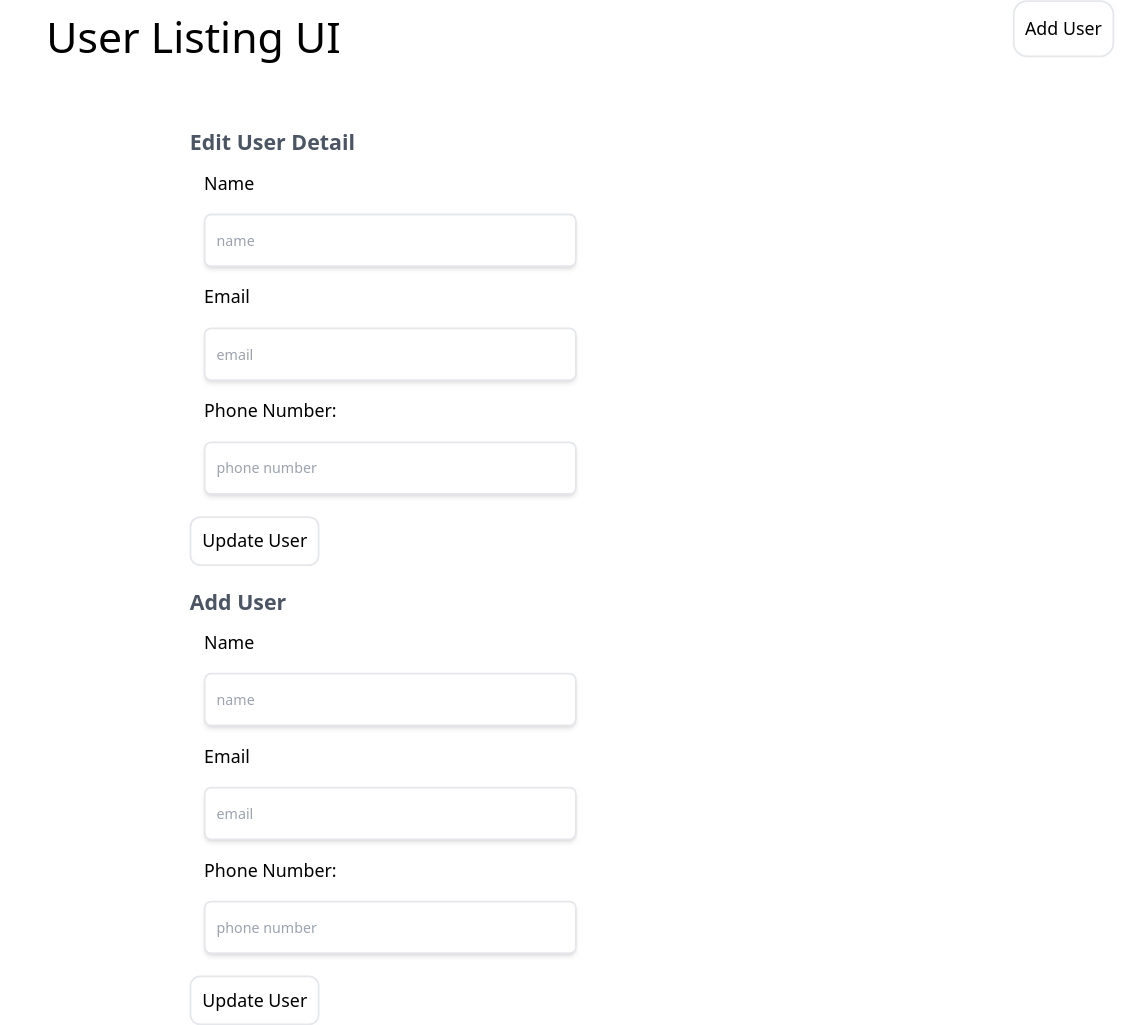
Repository: Marlstergo/listings
Page: /edit (app in client/)
The author's editor kept a copy of each file at every save. The page is drawn from the files as they stood at one save, then again after the next save.
The browser window is 1280 px wide. The pictures show the whole page, at 89% of full size.
The project was rebuilt for these pictures with package versions that can differ from the ones it lists, and the page was loaded fresh each time. Also part of the build but not shown: client/craco.config.js, client/src/components/Loader.js, client/src/components/UserRow.jsx, client/src/components/Home.js, client/src/components/Modal.js. Imported but missing from the stored project, and not drawn on this page: client/src/components/Base, client/src/components/Toppings.

Above is the page before, as saved 2021-07-21 16:16:59.

### client/src/index.js
/* eslint-disable no-unused-vars */
import React from "react";
import ReactDOM from "react-dom";
import "./index.css";
import App from "./App";
import reportWebVitals from "./reportWebVitals";
import { BrowserRouter as Router } from 'react-router-dom';
import { Provider } from "react-redux";
import { store } from "./redux/store";
import { PersistGate } from "redux-persist/integration/react";
import { persistor } from "./redux/store";

ReactDOM.render(
  <React.StrictMode>
    <Provider store={store}>
      <Router>
        <PersistGate persistor={persistor}>
          <App />
        </PersistGate>
      </Router>
    </Provider>
  </React.StrictMode>,
  document.getElementById("root")
);

// If you want to start measuring performance in your app, pass a function
// to log results (for example: reportWebVitals(console.log))
// or send to an analytics endpoint. Learn more: https://bit.ly/CRA-vitals
reportWebVitals();

### client/src/App.js
import React, { useState } from 'react';
import {BrowserRouter, Route, Switch, useLocation } from "react-router-dom";
import Header from './components/Header';
import Home from './components/Home';
import Base from './components/Base';
import Toppings from './components/Toppings';
import Order from './components/EditUser';
import Modal from './components/Modal';
import { AnimatePresence } from 'framer-motion';

function App() {
  const location = useLocation();
  const showModal = true;

  return (
    <>
      <Header />
      {/* <Modal showModal={showModal} /> */}
      <AnimatePresence exitBeforeEnter>
      <BrowserRouter>
        <Switch >
          <Route
          exact
          name="home"
          path="/">
            <Home />
          </Route>
          {/* <Route exact path="/createUpdateUser">
            <Toppings />
          </Route> */}
          <Route path="/edit"
          exact
          name="order">
            <Order />
          </Route>

        </Switch>
        </BrowserRouter>
      </AnimatePresence>

    </>
  );
}

export default App;

### client/src/redux/store.js
import { createStore, applyMiddleware } from "redux";
import { logger } from 'redux-logger';
import {persistStore} from 'redux-persist';
// import thunk from 'redux-thunk'
import createSagaMiddleware from 'redux-saga'

import rootSaga from './root-sagas'

import rootReducer from './root-reducer';

const sagaMiddleware = createSagaMiddleware()

const middleware = [sagaMiddleware];

if( process.env.NODE_ENV === 'development'){
    middleware.push(logger)
}

export const store = createStore(rootReducer, applyMiddleware(...middleware))

sagaMiddleware.run(rootSaga)

export const persistor = persistStore(store)

export default (store, persistor);

### client/src/components/Header.js
import React from "react";
import { motion } from "framer-motion";

const svgVariants = {
  hidden: { rotate: -180 },
  visible: {
    rotate: 0,
    transition: { duration: 1 },
  },
};

const pathVariants = {
  hidden: {
    opacity: 0,
    pathLength: 0,
  },
  visible: {
    opacity: 1,
    pathLength: 1,
    transition: {
      duration: 2,
      ease: "easeInOut",
    },
  },
};

const buttonVariants = {
  show: {
    y: [0, -20],
    x: 0,
    textShadow: "0px 0px 8px rgb(255,255,255)",
    boxShadow: "0px 0px 8px rgb(255,255,255)",
    transition: {
      duration: 0.3,
      yoyo: Infinity,
      ease: 'easeOut'
    },
  },
};

const Header = () => {
  return (
    <header className="flex p-7 w-screen justify-between  items-center">
      {/* <motion.div
        className="logo"
        drag
        dragConstraints={{ left: 0, top: 0, right: 0, bottom: 0 }}
        dragElastic={0.7}
      >

      </motion.div> */}
      <motion.div
        className=" flex justify-between w-full ml-6 text-xs"
        initial={{ y: -250 }}
        animate={{ y: -10 }}
        transition={{ delay: 0.2, type: "spring", stiffness: 120 }}
      >
        <h1 className=" pb-4 text-5xl">User Listing UI</h1>
        <motion.button variants={buttonVariants} whileHover="hover"
        animate="show"
        className="text-xl border-2 px-3 rounded-2xl active:bg-gray-200"
        >
          Add User
        </motion.button>
      </motion.div>
    </header>
  );
};

export default Header;

### client/src/components/EditUser.js
import React, { useEffect, useState } from "react";
import { motion } from "framer-motion";

const containerVariants = {
  hidden: {
    opacity: 0,
    x: "100vw",
    transition: {
      staggerChildren: 0.5,
    },
  },
  visible: {
    opacity: 1,
    x: 0,
    transition: {
      type: "spring",
      mass: 0.4,
      damping: 8,
      staggerChildren: 0.4,
      when: "beforeChildren",
    },
  },
};

const childVariants = {
  hidden: {
    opacity: 0,
  },
  visible: {
    opacity: 1,
  },
};

const Order = () => {
  const [userDetails, setUserDetail] = useState({
    name: "",
    email: "",
    phone: "",
  });
  const change = (e) => {
    const { value, name } = e.target;
    setUserDetail({ ...userDetails, [name]: value });
  };
  console.log(userDetails);
  return (
    <motion.div
      className="container order flex justify-center"
      variants={containerVariants}
      initial="hidden"
      animate="visible"
      exit="exit"
    >
      <div className="w-2/3 ">
        <h1 className="text-gray-600 font-semibold pt-6 mb-4 focus:border-gray-500 focus:outline-none focus:ring-0 text-2xl">
          Edit User Detail
        </h1>

        <motion.form variants={childVariants} className="pl-4">
          <div className="flex flex-col">
            <label className="text-xl mb-5" htmlFor="">
              Name
            </label>
            <input
              onChange={change}
              type="text"
              name="name"
              className="px-3 py-4 w-1/2 border-2 rounded-lg shadow-md"
              id="name"
              placeholder="name"
            />
          </div>
          <div className="flex flex-col">
            <label className="text-xl my-5" htmlFor="">
              Email
            </label>
            <input
              onChange={change}
              type="text"
              name="email"
              className="px-3 py-4 w-1/2 rounded-lg shadow-md border-2"
              placeholder="email"
              id="email"
            />
          </div>
          <div className="flex flex-col">
            <label htmlFor="phone" className="text-xl my-5">
              Phone Number:
            </label>
            <input
              onChange={change}
              type="text"
              name="phone"
              className="px-3 py-4 w-1/2 rounded-lg shadow-md border-2"
              id="phone"
              placeholder="phone number"
            />
          </div>
        </motion.form>
        <button className="text-xl py-3 active:bg-gray-200 border-2 px-3 rounded-xl mt-6 ">
          Update User
        </button>
        <motion.div variants={childVariants}></motion.div>
        <h1 className="text-gray-600 font-semibold pt-6 mb-4 focus:border-gray-500 focus:outline-none focus:ring-0 text-2xl">
          Add User
        </h1>

        <motion.form variants={childVariants} className="pl-4">
          <div className="flex flex-col">
            <label className="text-xl mb-5" htmlFor="">
              Name
            </label>
            <input
              onChange={change}
              type="text"
              name="name"
              className="px-3 py-4 w-1/2 border-2 rounded-lg shadow-md"
              id="name"
              placeholder="name"
            />
          </div>
          <div className="flex flex-col">
            <label className="text-xl my-5" htmlFor="">
              Email
            </label>
            <input
              onChange={change}
              type="text"
              name="email"
              className="px-3 py-4 w-1/2 rounded-lg shadow-md border-2"
              placeholder="email"
              id="email"
            />
          </div>
          <div className="flex flex-col">
            <label htmlFor="phone" className="text-xl my-5">
              Phone Number:
            </label>
            <input
              onChange={change}
              type="text"
              name="phone"
              className="px-3 py-4 w-1/2 rounded-lg shadow-md border-2"
              id="phone"
              placeholder="phone number"
            />
          </div>
        </motion.form>
        <button className="text-xl py-3 active:bg-gray-200 border-2 px-3 rounded-xl mt-6 ">
          Update User
        </button>
        <motion.div variants={childVariants}></motion.div>
      </div>
    </motion.div>
  );
};

export default Order;

### client/src/redux/root-sagas.js
import {all, call} from 'redux-saga/effects'
import {userSagas} from './user/user.sagas'


export default function* rootSaga(){
    yield all([
        call(userSagas),
    ])
}

### client/src/redux/root-reducer.js
import {combineReducers} from 'redux'
import userReducer from './user/user.reducer'
// import cartReducer from './cart/cart.reducer'
import {persistReducer} from 'redux-persist'
import storage from 'redux-persist/lib/storage'
// import directoryReducer from './directory/directory.reducer'
// import shopReducer from './shop/shop.reducer'

const persistConfig ={
    key: 'root',
    storage,
    whitelist: ['' ]
}
const rootReducer = combineReducers({
    user: userReducer,

})
export default persistReducer(persistConfig, rootReducer)

### client/src/redux/user/user.sagas.js
import { all, call, put, takeLatest } from "redux-saga/effects";

import UserActionTypes from "./user.types";
import { loadUserDetail } from "./user.action";
// import axios from "axios";
// import { getUserDetailsURL } from "../../components/stringConstants";

export function* getDetails() {
  yield console.log("i fired");

  // try {
  //   console.log("inside try");

  //   const res = yield axios.get(getUserDetailsURL);
  //   const data = yield res.data;
  //   console.log(res);
  //   yield put(loadUserDetail(data ? data.data[0] : {}));
  // } catch (err) {
  //   console.log(err.response);
  //   if (err.response && err.response.statusText === "Not Found") {
  //     // console.log("");
  //     window.location.href = "/profile/settings?newUser=0837";
  //   }
  // }
}

export function* getUserDetails() {
  yield takeLatest(UserActionTypes.GET_USER_DETAIL, getDetails);
}
// export function* loadUserDetails(){
//     yield takeLatest(UserActionTypes.LOAD_USER_DETAIL, loadDetails)
// }

export function* userSagas() {
  yield all([call(getUserDetails)]);
}

### client/src/redux/user/user.reducer.js
import UserActionTypes from "./user.types";
const INITIAL_STATE = {
  // currentUser: null,
  userDetail: {},
  demo: 'i am demo',
  location: null

};
const userReducer = (state = INITIAL_STATE, action) => {
  switch (action.type) {

    case UserActionTypes.LOAD_USER_DETAIL:
      return {
        ...state,
        userDetail: action.payload,
      };

    case UserActionTypes.COLLECT_GEOLOCATION:
      return {
        ...state,
        location: action.payload
      }
    default:
      return state;
  }
};

export default userReducer;

### client/src/redux/user/user.types.js
const UserActionTypes ={
    GOOGLE_SIGN_IN_START : 'GOOGLE_SIGN_IN_START',
    SIGN_IN_SUCCESS : 'SIGN_IN_SUCCESS',
    SIGN_IN_FAILURE : 'SIGN_IN_FAILURE',
    GET_USER_DETAIL: 'GET_USER_DETAIL',
    LOAD_USER_DETAIL: 'LOAD_USER_DETAIL',
    COLLECT_GEOLOCATION: 'COLLECT_GEOLOCATION',
    FETCH_GEOLOCATION: 'FETCH_GEOLOCATION'
}
export default UserActionTypes;

### client/src/redux/user/user.action.js
import UserActionTypes from './user.types'



// export const googleSignInStart = () => ({
//     type: UserActionTypes.GOOGLE_SIGN_IN_START
// })

// export const signInSuccess = (user) => ({
//     type: UserActionTypes.SIGN_IN_SUCCESS,
//     payload: user
// })

export const getUserDetail = () => ({
    type: UserActionTypes.GET_USER_DETAIL,

})
export const loadUserDetail = (details) => ({
    type: UserActionTypes.LOAD_USER_DETAIL,
    payload: details
})

export const fetchGeoloction = () => ({
    type: UserActionTypes.FETCH_GEOLOCATION
})
export const collectGeolocation = (location) => ({
    type: UserActionTypes.COLLECT_GEOLOCATION,
    payload: location
})
// })

### client/tailwind.config.js
// tailwind.config.js
module.exports = {
  // mode:'jit',
  purge: ["./src/**/*.{js,jsx,ts,tsx}", "./public/index.html"],
  darkMode: false, // or 'media' or 'class'
  theme: {
    extend: {},
  },
  variants: {
    extend: {
      backgroundColor: ["active"],
    },
  },
  plugins: [],
};

Loaded but not shown: client/public/index.html (common file); client/src/index.css (common file); client/src/reportWebVitals.js (common file)

After the next save:
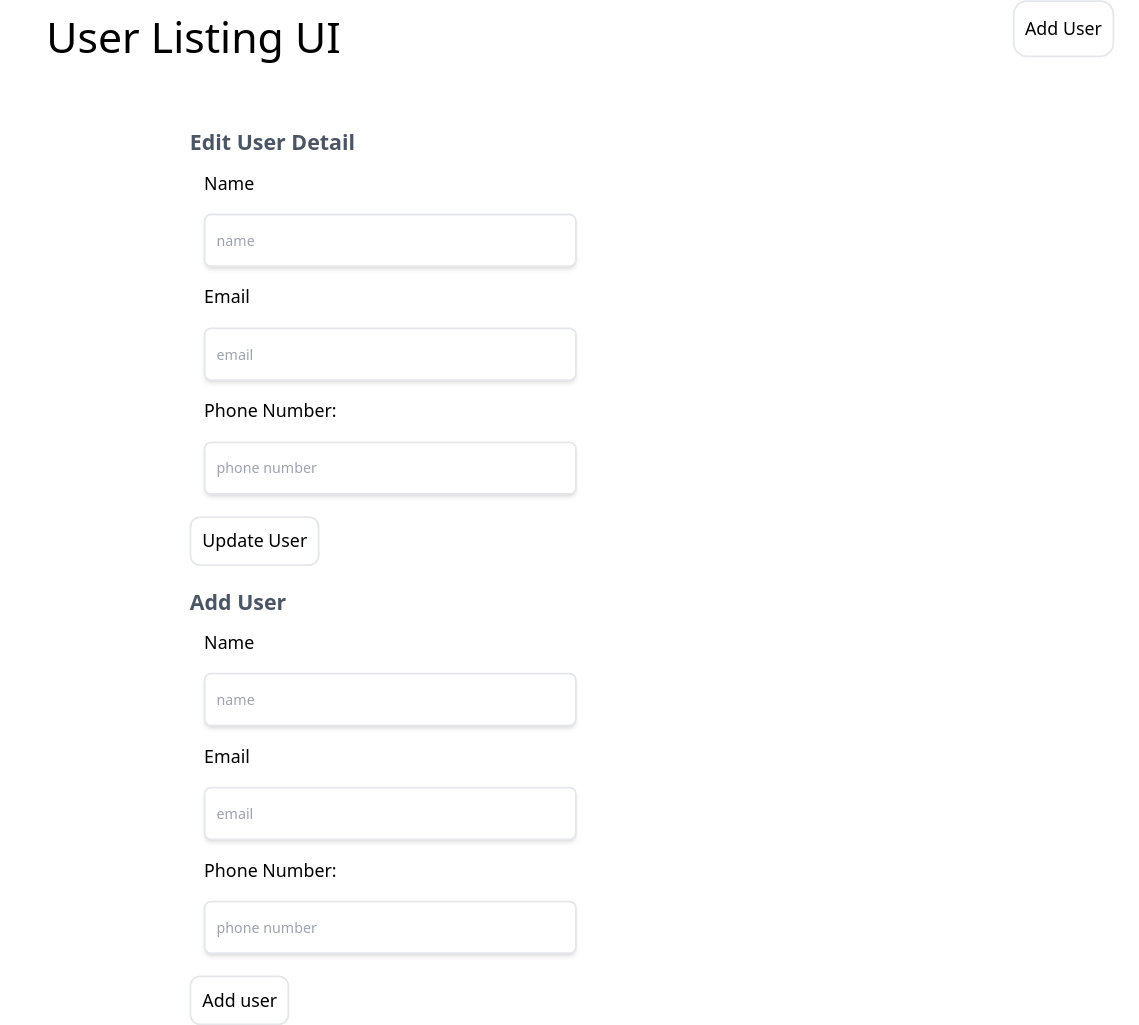
Saved 17 s later.
--- a/client/src/components/EditUser.js
+++ b/client/src/components/EditUser.js
@@ -146,7 +146,7 @@ const Order = () => {
           </div>
         </motion.form>
         <button className="text-xl py-3 active:bg-gray-200 border-2 px-3 rounded-xl mt-6 ">
-          Update User
+          Add user
         </button>
         <motion.div variants={childVariants}></motion.div>
       </div>
